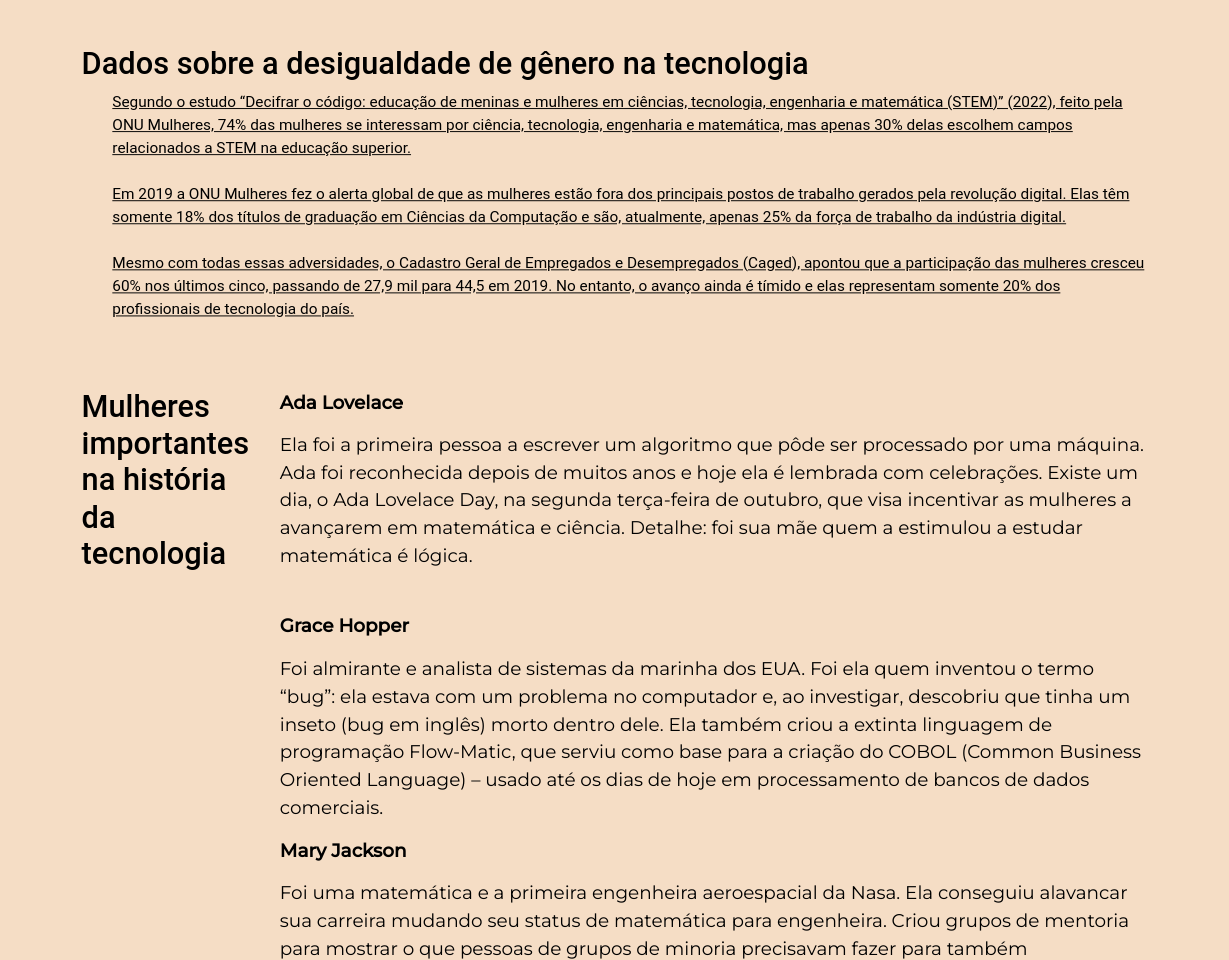
Repository: BellsBarbosa/ODS5_IGUALDADE_DE_GENERO
Page: index.html
The author's editor kept a copy of each file at every save. The page is drawn from the files as they stood at one save, then again after the next save.
The browser window is 1280 px wide. The pictures show the part of the page from y = 1260 to 2260 px (the page is 3278 px tall before and 3196 px after), at 96% of full size.
A picture or video elsewhere on the page could not be fetched, so the positions and the page height are approximate.

Above is the page before, as saved 2023-08-11 15:14:46.

After the next save:
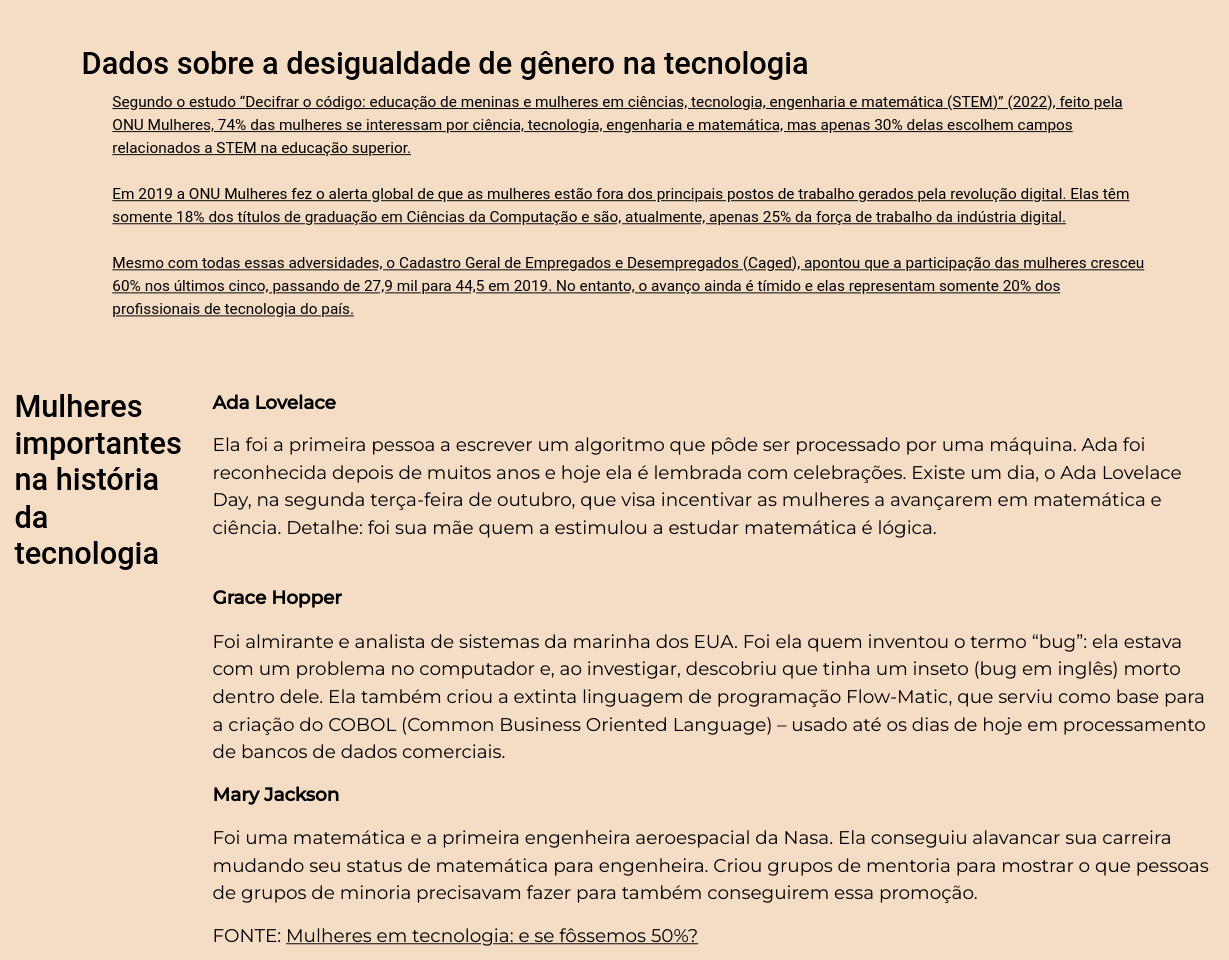
Saved 33 s later.
--- a/index.html
+++ b/index.html
@@ -133,7 +133,7 @@
     </section>
 
     <section class="container-fluid" id="destaques">
-        <article class="container article-lista">
+        <article class="article-lista">
             <div class="destaques">
                     <h2>Mulheres importantes na história da tecnologia</h2>
 

After the 3 saves that followed:
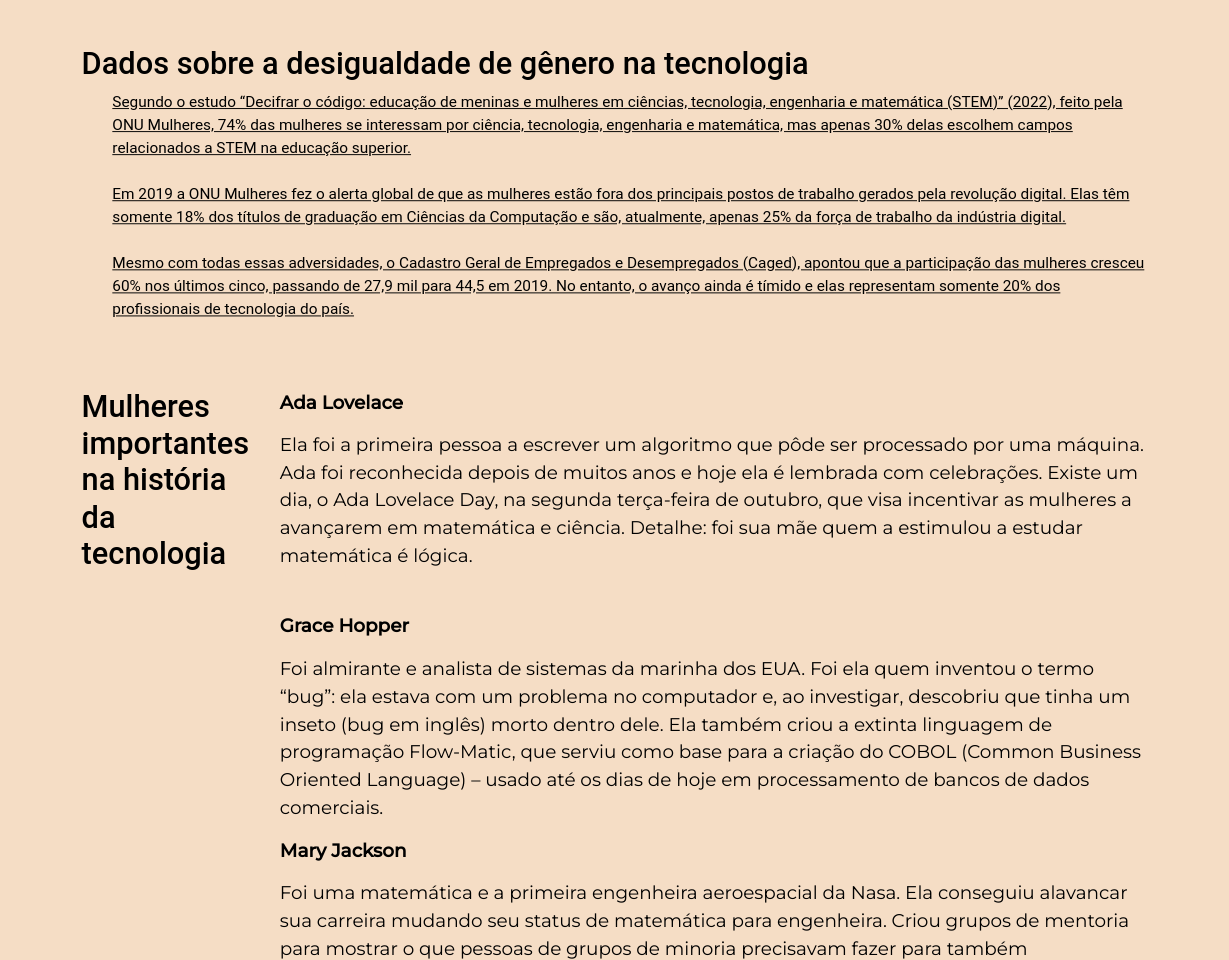
The 3 saves are shown as one change because 1 left the picture as it was and some came seconds apart.
The last was saved 21 s later.
--- a/index.html
+++ b/index.html
@@ -133,10 +133,11 @@
     </section>
 
     <section class="container-fluid" id="destaques">
-        <article class="article-lista">
+        <article class="container article-lista">
             <div class="destaques">
+                <div>
                     <h2>Mulheres importantes na história da tecnologia</h2>
-
+                </div>
                 <div class="lista-item">
                     <ul>
                         <li>
